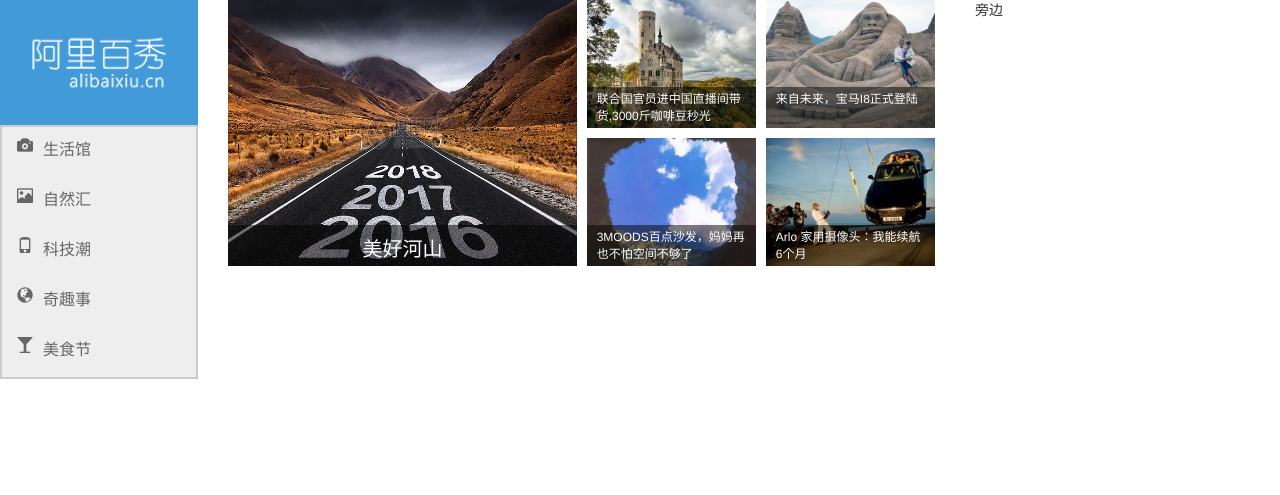
Repository: zhangwen001208/bootstrap-demo
Page: index.html
An editor plug-in stored every save of this project. The page is shown before and after the next save, followed by the edit.
The browser window is 1280 px wide. The pictures show the whole page.

Above is the page before, as saved 2022-09-08 11:19:20.

After the next save:
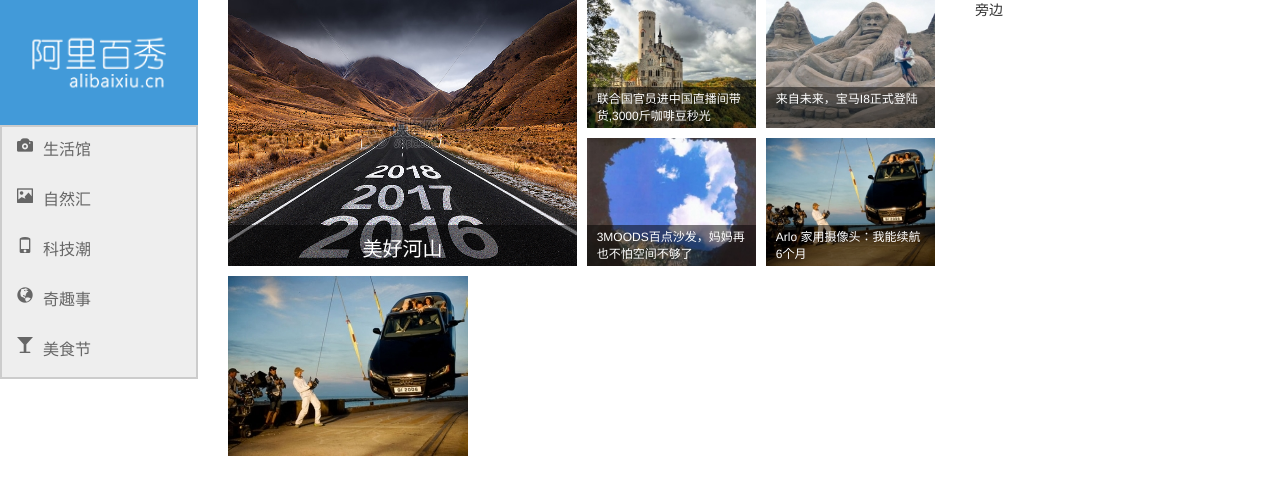
Saved 4 min 31 s later.
--- a/index.html
+++ b/index.html
@@ -62,6 +62,15 @@
                     <p>Arlo 家用摄像头：我能续航6个月</p>
                 </a></li>
               </ul>
+              <div class="page">
+                <div class="row">
+                    <div class="col-md-3">
+                        <a href="">
+                            <img src="./images/news-5.jpg" alt="">
+                        </a>
+                    </div>
+                </div>
+              </div>
 
             </article>
             <aside class="col-md-3">
